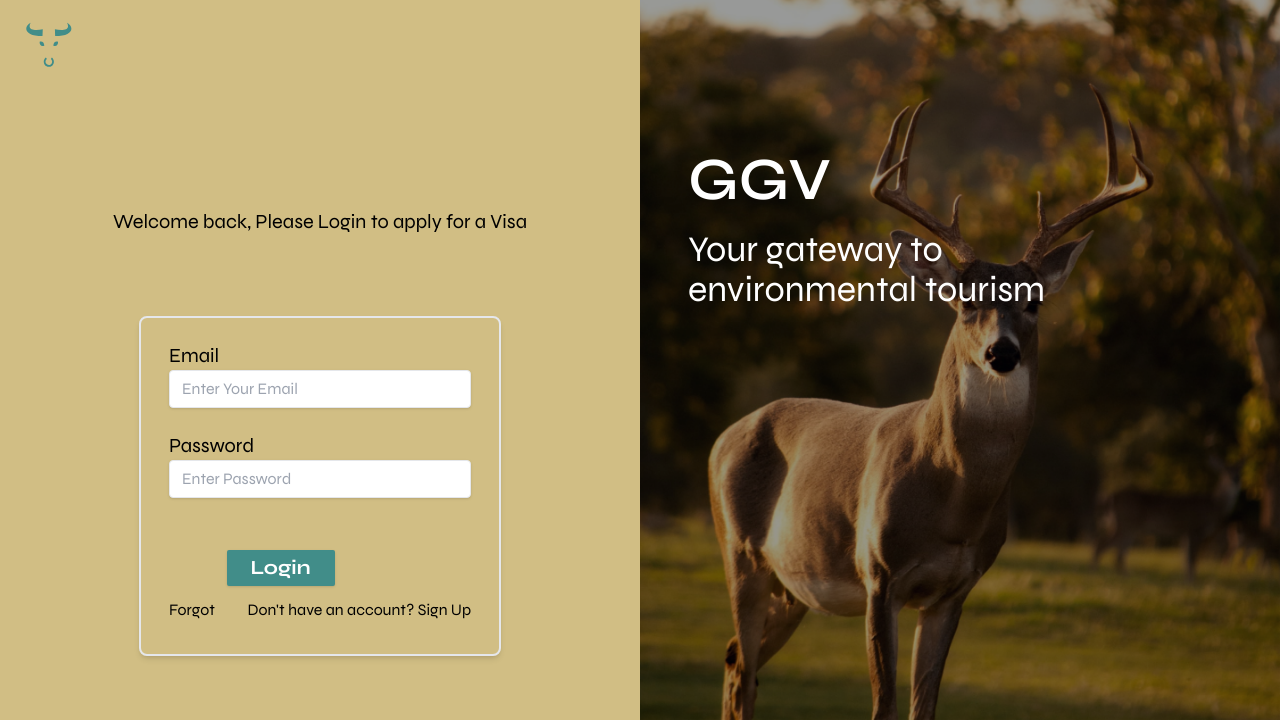
Repository: EngrAhmadUmar/landing-page
Page: /login
The author's editor kept a copy of each file at every save. The page is drawn from the files as they stood at one save, then again after the next save.
The browser window is 1280 px wide. The pictures show the whole page.
The project was rebuilt for these pictures with package versions that can differ from the ones it lists, and the page was loaded fresh each time. The framework's server and built-in components were replaced by stand-ins that run in the browser. Also part of the build but not shown: next.config.js, styles/Home.module.css, src/Components/ApplyPageComponents/ApplyForm.jsx, src/Components/ApplyPageComponents/RegisterForm.jsx.

Above is the page before, as saved 2022-07-08 15:23:14.

### pages/_app.js
import "../styles/globals.css";
import { ApolloClient, InMemoryCache, ApolloProvider } from "@apollo/client";

//apollo clients
const client = new ApolloClient({
  uri: "http://localhost:1337/graphql",
  cache: new InMemoryCache()
});

function MyApp({ Component, pageProps }) {
  return (
    <ApolloProvider client={client}>
      <Component {...pageProps} />
    </ApolloProvider>
  );
}

export default MyApp;

### pages/login.js
import React from "react";
import {
  LoginForm,
} from "../src/Components/ApplyPageComponents/Index";

export default function Login() {
  return (
    <React.Fragment>
      <div className="bg-[#000107] font-syne ">
        <LoginForm />
      </div>
    </React.Fragment>
  );
}

### styles/globals.css
@import url("https://fonts.googleapis.com/css2?family=Poppins:wght@400;500;600&family=Syne:wght@400;500;600;700&display=swap");

@tailwind base;
@tailwind components;
@tailwind utilities;

### src/Components/ApplyPageComponents/Index.jsx
export { default as ApplyForm } from "./ApplyForm";
export { default as LoginForm } from "./LoginForm";
export { default as RegisterForm } from "./RegisterForm";

### src/Components/ApplyPageComponents/LoginForm.jsx
import { useMutation } from "@apollo/client";
import Head from "next/head";
import { useState } from "react";
import Image from "next/image";
import FormButton from "./FormButton";
import { AUTH_TOKEN } from "../constant";
import { LOGIN_MUTATION } from "../../mutations/auth";

const Login = () => {
  const [username, setUsername] = useState("");
  const onChangeUsername = (e) => {
    setUsername(e.target.value);
  };
  const [password, setPassword] = useState("");
  const onChangePassword = (e) => {
    setPassword(e.target.value);
  };

  const onSubmit = (e) => {
    e.preventDefault();
    if (username === "" || password === "") {
      return alert("please fill in all fields");
    }
    login(username, password);

    setUsername("");
    setPassword("");
  };

  const [login, { data, loading, error }] = useMutation(LOGIN_MUTATION, {
    variables: {
      username: username,
      password: password
    }
  });

  if (data) {
    localStorage.setItem(AUTH_TOKEN, data.login.jwt);
    console.log(data);
    localStorage.setItem("user", JSON.stringify(data));
    console.log("user logged in");
  }

  return (
    <div className="font-syne bg-[#d1be84] bg-cover grid grid-col-1 md:grid-cols-2 md:h-[100vh]">
      <Head>
        <title>Login</title>
        <meta name="description" content="Login to GGV" />
      </Head>
      <div className="h-[100vh]">
        <div className="w-[50px] h-40 pt-5 ml-6">
          <Image
            src="/logo.svg"
            layout="responsive"
            width={5}
            height={5}
            opacity={100}
          />
        </div>
        <h3 className="text-center text-xl mt-[3rem]">
          Welcome back, Please Login to apply for a Visa
        </h3>
        <div className="flex justify-center">
          <form
            onSubmit={onSubmit}
            className="pt-6 pb-8 mb-4 mt-[5rem] border-2 rounded-lg shadow-md px-7 border-gray "
          >
            <div className="mb-6">
              <label className="text-lg md:text-xl">Email</label>
              <input
                type="email"
                className="w-full px-3 py-2 leading-tight text-gray-700 border rounded shadow appearance-none focus:outline-none focus:shadow-outline"
                name="username"
                onChange={onChangeUsername}
                placeholder="Enter Your Email"
                value={username}
              />
            </div>

            <div className="mb-4">
              <label className="text-lg md:text-xl">Password</label>
              <input
                type="password"
                name="password"
                value={password}
                onChange={onChangePassword}
                placeholder="Enter Password"
                className="w-full px-3 py-2 leading-tight text-gray-700 border rounded shadow appearance-none focus:outline-none focus:shadow-outline"
              />
            </div>

            <div className="mt-5 ml-[8vh]">
              <FormButton buttonInfo={loading ? "Sending" : "Login"} />
            </div>
            <div className="flex justify-between items-center">
              <h3>Forgot</h3>
              <h3>Don't have an account? Sign Up</h3>
            </div>
          </form>
        </div>
      </div>

      <div className="hidden md:flex bg-[url('/apply_for_visa_bg.png')]  bg-cover bg-no-repeat sm:bg-center md:bg-bottom lg:bg-bottom xl:bg-bottom 2xl:center">
        <div className="mt-[50px] md:mt-[150px] mx-4 md:mx-12">
          <h3
            className=" text-white
           text-4xl md:text-5xl lg:text-6xl font-semibold"
          >
            GGV
          </h3>
          <p className="max-w-md md:max-w-xl text-2xl md:text-4xl mt-5 text-white">
            Your gateway to <br></br>environmental tourism
          </p>
        </div>
      </div>
    </div>
  );
};

export default Login;

### src/Components/ApplyPageComponents/FormButton.jsx
const FormButton = ({ buttonInfo }) => {
  return (
    <button className="shadow bg-green focus:shadow-outline focus:outline-none text-white font-bold px-6 md:text-xl  rounded-sm mt-8 mb-3 py-1">
      {buttonInfo}
    </button>
  );
};

export default FormButton;

### src/mutations/auth.jsx
import { gql } from "@apollo/client";

const SIGNUP_MUTATION = gql`
  mutation  register($username: String!, $password: String!, $email:String!) {
    register(input: {username:$username, email: $email password:$password}) {
        jwt
        user {
            id
            email
            username
        }
    }
}

`;

const LOGIN_MUTATION = gql`
  mutation  login($username: String!, $password: String!) {
    login(input: {identifier:$username, password:$password}) {
        jwt
        user {
            id
            email
        }
    }
}

`;


export { SIGNUP_MUTATION, LOGIN_MUTATION };

### tailwind.config.js
/** @type {import('tailwindcss').Config} */
module.exports = {
  content: [
    "./pages/**/*.{js,ts,jsx,tsx}",
    "./components/**/*.{js,ts,jsx,tsx}",
    "./src/Components/**/*.{js,ts,jsx,tsx}"
  ],
  theme: {
    extend: {
      colors: {
        black: "#000107",
        green: "#418D89"
      },
      fontFamily: {
        syne: ["Syne"]
      }
    }
  },
  plugins: []
};

Loaded but not shown: src/Components/constant.jsx (common file)

After the next save:
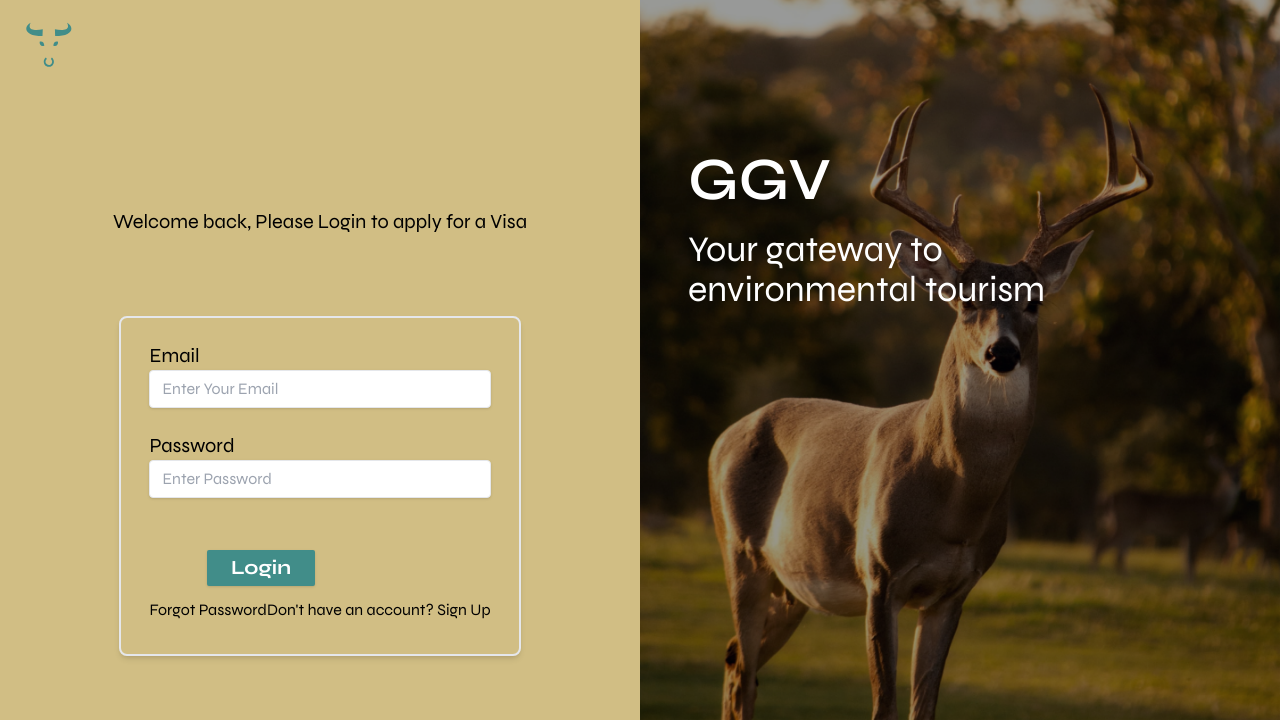
Saved 83 s later.
--- a/src/Components/ApplyPageComponents/LoginForm.jsx
+++ b/src/Components/ApplyPageComponents/LoginForm.jsx
@@ -93,7 +93,7 @@ const Login = () => {
               <FormButton buttonInfo={loading ? "Sending" : "Login"} />
             </div>
             <div className="flex justify-between items-center">
-              <h3>Forgot</h3>
+              <p>Forgot Password</p>
               <h3>Don't have an account? Sign Up</h3>
             </div>
           </form>
